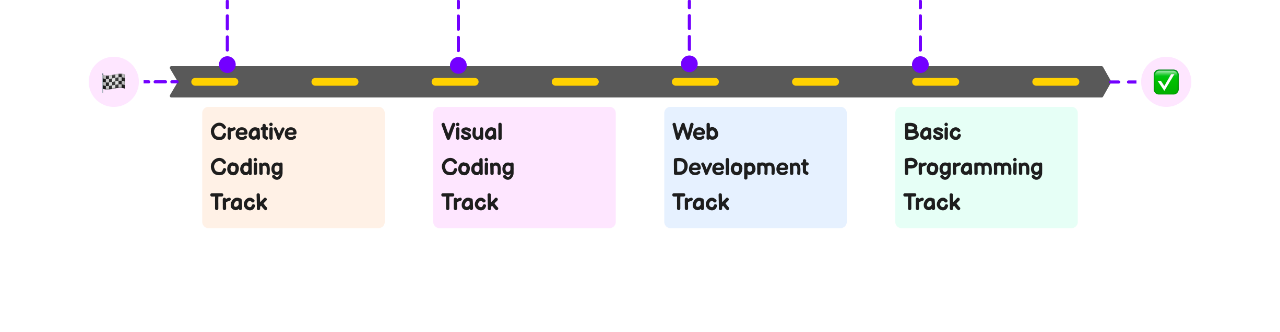
Repository: paskasiregar/ttccomweb
Page: /track/basic-programming
An editor plug-in stored every save of this project. The page is shown before and after the next save, followed by the edit.
The browser window is 1280 px wide. The pictures show the part of the page from y = 1911 to 2863 px (the page is 2243 px tall before and 2863 px after).
The project was rebuilt for these pictures with package versions that can differ from the ones it lists, and the page was loaded fresh each time. The framework's server and built-in components were replaced by stand-ins that run in the browser. Also part of the build but not shown: next.config.js, next.config.mjs.

Above is the page before, as saved 2024-11-16 22:54:48.

### src/app/layout.js
import "./globals.css";
import { DM_Sans } from "next/font/google";

const dmSans = DM_Sans({
  subsets: ["latin"],
  weight: ["400", "500", "700"], // Include only the weights you need
  variable: "--font-dm-sans", // Optional: CSS variable for global use
});

export const metadata = {
  title: "Tiny Tech Club",
  description: "Small techies, big dreams 🚀",
};

export default function RootLayout({ children }) {
  return (
    <html lang="en" className={dmSans.variable}>
      <body className="antialiased">{children}</body>
    </html>
  );
}

### src/app/template.js
import React from "react";

export default function TrackTemplate({ title, description, children }) {
  return (
    <div>
      {/* Hero Section */}
      <div className="relative h-screen w-full">
        <img
          src="https://images.unsplash.com/photo-1494783367193-149034c05e8f"
          alt="Background"
          className="absolute inset-0 w-full h-full object-cover filter blur-sm"
        />
        <div className="absolute inset-0 bg-black bg-opacity-50"></div>
        <div className="absolute inset-0 flex flex-col items-center justify-center">
          <h1 className="text-4xl text-white font-bold">{title}</h1>
          <p className="text-xl text-white mt-4">{description}</p>
        </div>
      </div>

      {/* Content Section */}
      <div className="max-w-7xl mx-auto px-4 py-8">{children}</div>
    </div>
  );
}

### src/app/track/[track]/page.js
"use client";
import { useParams } from "next/navigation";
import TrackTemplate from "../[track]";
import Image from "next/image";
import ljImage from "@/assets/lj.png";

export default function TrackPage() {
  const { track } = useParams();

  const trackDetails = {
    "creative-coding": {
      title: "Creative Coding Track",
      description:
        "Kenalkan coding ke anak-anak dengan aktivitas seru dan edukatif. Cocok banget buat usia 4-5 tahun untuk membangun kemampuan berpikir logis.",
      backgroundImage:
        "https://images.unsplash.com/photo-1544717305-2782549b5136", // Replace with a relevant Creative Coding image
    },
    "visual-coding": {
      title: "Visual Coding Track",
      description:
        "Belajar konsep pemrograman visual pakai ScratchJr. Cocok buat anak usia 6-7 tahun untuk bikin cerita dan proyek seru sambil belajar coding dasar.",
      backgroundImage:
        "https://images.unsplash.com/photo-1573164574393-b9b12c3ff9c6", // Replace with a relevant Visual Coding image
    },
    "web-development": {
      title: "Web Development Track",
      description:
        "Pelajari dasar-dasar pengembangan web pakai HTML, CSS, dan JavaScript. Cocok untuk anak usia 8-12 tahun yang mau bikin proyek mini web seru.",
      backgroundImage:
        "https://images.unsplash.com/photo-1522071820081-009f0129c71c", // Replace with a relevant Web Development image
    },
    "basic-programming": {
      title: "Basic Programming Track",
      description:
        "Belajar konsep pemrograman inti pakai Python dan JavaScript. Dirancang untuk usia 13-16 tahun yang pengen bikin aplikasi nyata dan mengasah kemampuan problem-solving.",
      backgroundImage:
        "https://images.unsplash.com/photo-1517433456452-f9633a875f6f", // Replace with a relevant Basic Programming image
    },
    // Add more tracks as needed
  };

  const trackData = trackDetails[track] || {
    title: "Track Tidak Ditemukan",
    description: "Track yang kamu cari nggak ada nih.",
    backgroundImage:
      "https://images.unsplash.com/photo-1506748686214-e9df14d4d9d0", // Default image for not found
  };

  return (
    <div className="mx-auto">
      {/* Back Button */}
      <div className="my-4 px-4 sm:px-8">
        <button
          className="secondary-button"
          onClick={() => (window.location.href = "/")}
        >
          &lt; Kembali
        </button>
      </div>

      {/* Track Template */}
      <section>
        <TrackTemplate
          title={trackData.title}
          description={trackData.description}
          backgroundImage={trackData.backgroundImage}
        />

        {/* Learning Journey Section */}
        <section className="w-full my-8 px-4 sm:px-8 max-w-container mb-8">
          <div>
            <div className="flex flex-col md:flex-row items-center md:items-start md:justify-between">
              {/* Title */}
              <div className="max-w-lg md:w-1/2">
                <h1 className="text-6xl md:text-8xl font-bold mb-8">
                  Learning <span className="text-purple-700">Journey</span>
                </h1>
              </div>

              {/* Description */}
              <div className="mt-6 md:mt-0 md:w-1/2 mb-8">
                <p className="text-gray-600 text-base md:text-md">
                  Yuk, mulai perjalanan belajar yang seru dan inspiratif buat
                  anak-anak! Kami hadir untuk membantu anak-anak mengembangkan
                  kreativitas, berpikir logis, dan percaya diri. Dengan berbagai
                  track yang disesuaikan untuk setiap usia, pengalaman belajar
                  jadi menyenangkan dan berkesan.
                </p>
              </div>
            </div>

            {/* Image */}
            <div className="mt-6 md:mt-0 mb-8">
              <Image
                src={ljImage}
                alt="Perjalanan Belajar"
                width={1440} // Adjust width as needed
                height={1000} // Adjust height as needed
                className="rounded-lg"
              />
            </div>
          </div>
        </section>
      </section>
    </div>
  );
}

### src/app/globals.css
@tailwind base;
@tailwind components;
@tailwind utilities;

@import url('https://fonts.googleapis.com/css2?family=DM+Sans:wght@400;500;700&display=swap');

:root {
  --font-dm-sans: "DM Sans", sans-serif;
}

@font-face {
  font-family: 'DM Sans';
  src: url('/fonts/DM-Sans.woff2') format('woff2'),
    url('/fonts/DM-Sans.woff') format('woff');
  font-weight: 400;
  font-style: normal;
}

body {
  font-family: 'DM Sans', sans-serif;
}

.dm-sans-custom {
  font-family: "DM Sans", sans-serif;
  font-optical-sizing: auto;
  font-weight: 400;
  font-style: normal;
}

body {
  font-family: 'DM Sans', Arial, Helvetica, sans-serif;
  margin: 0;
  padding: 0;
  box-sizing: border-box;
}

*,
*::before,
*::after {
  box-sizing: inherit;
}

/* Container class for centering content */
.max-w-container {
  max-width: 1440px;
  margin: 0 auto;
  padding: 0 16px;
  /* Optional padding for spacing on smaller screens */
}

### src/app/track/[track].js
import React from "react";

export default function TrackTemplate({ title, description, children }) {
  return (
    <div>
      {/* Hero Section */}
      <div className="relative h-screen w-full">
        <img
          src="https://images.unsplash.com/photo-1494783367193-149034c05e8f"
          alt="Background"
          className="absolute inset-0 w-full h-full object-cover filter blur-sm"
        />
        <div className="absolute inset-0 bg-black bg-opacity-50"></div>
        <div className="absolute inset-0 flex flex-col items-center justify-center">
          <h1 className="text-6xl text-white font-bold p-8">{title}</h1>
          <p className="text-xl text-white mt-4 p-8">{description}</p>
        </div>
      </div>

      {/* Content Section */}
      <div className="max-w-7xl mx-auto px-4 py-8">{children}</div>
    </div>
  );
}

Loaded but not shown: tailwind.config.js (common file)

After the next save:
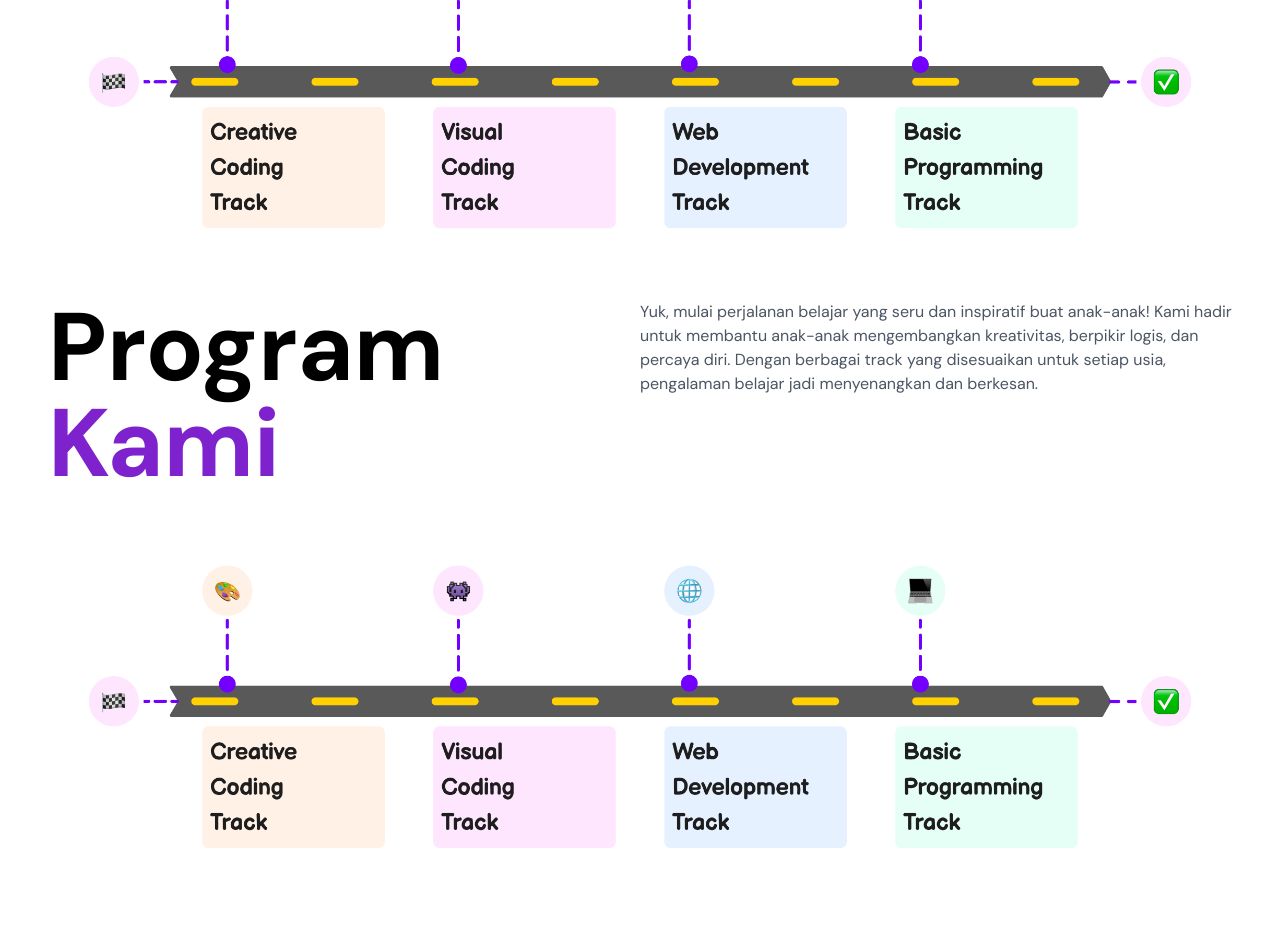
Saved 2 min 8 s later.
--- a/src/app/track/[track]/page.js
+++ b/src/app/track/[track]/page.js
@@ -101,6 +101,42 @@ export default function TrackPage() {
             </div>
           </div>
         </section>
+
+        {/* Learning Journey Section */}
+        <section className="w-full my-8 px-4 sm:px-8 max-w-container mb-8">
+          <div>
+            <div className="flex flex-col md:flex-row items-center md:items-start md:justify-between">
+              {/* Title */}
+              <div className="max-w-lg md:w-1/2">
+                <h1 className="text-6xl md:text-8xl font-bold mb-8">
+                  Program <span className="text-purple-700">Kami</span>
+                </h1>
+              </div>
+
+              {/* Description */}
+              <div className="mt-6 md:mt-0 md:w-1/2 mb-8">
+                <p className="text-gray-600 text-base md:text-md">
+                  Yuk, mulai perjalanan belajar yang seru dan inspiratif buat
+                  anak-anak! Kami hadir untuk membantu anak-anak mengembangkan
+                  kreativitas, berpikir logis, dan percaya diri. Dengan berbagai
+                  track yang disesuaikan untuk setiap usia, pengalaman belajar
+                  jadi menyenangkan dan berkesan.
+                </p>
+              </div>
+            </div>
+
+            {/* Image */}
+            <div className="mt-6 md:mt-0 mb-8">
+              <Image
+                src={ljImage}
+                alt="Perjalanan Belajar"
+                width={1440} // Adjust width as needed
+                height={1000} // Adjust height as needed
+                className="rounded-lg"
+              />
+            </div>
+          </div>
+        </section>
       </section>
     </div>
   );
